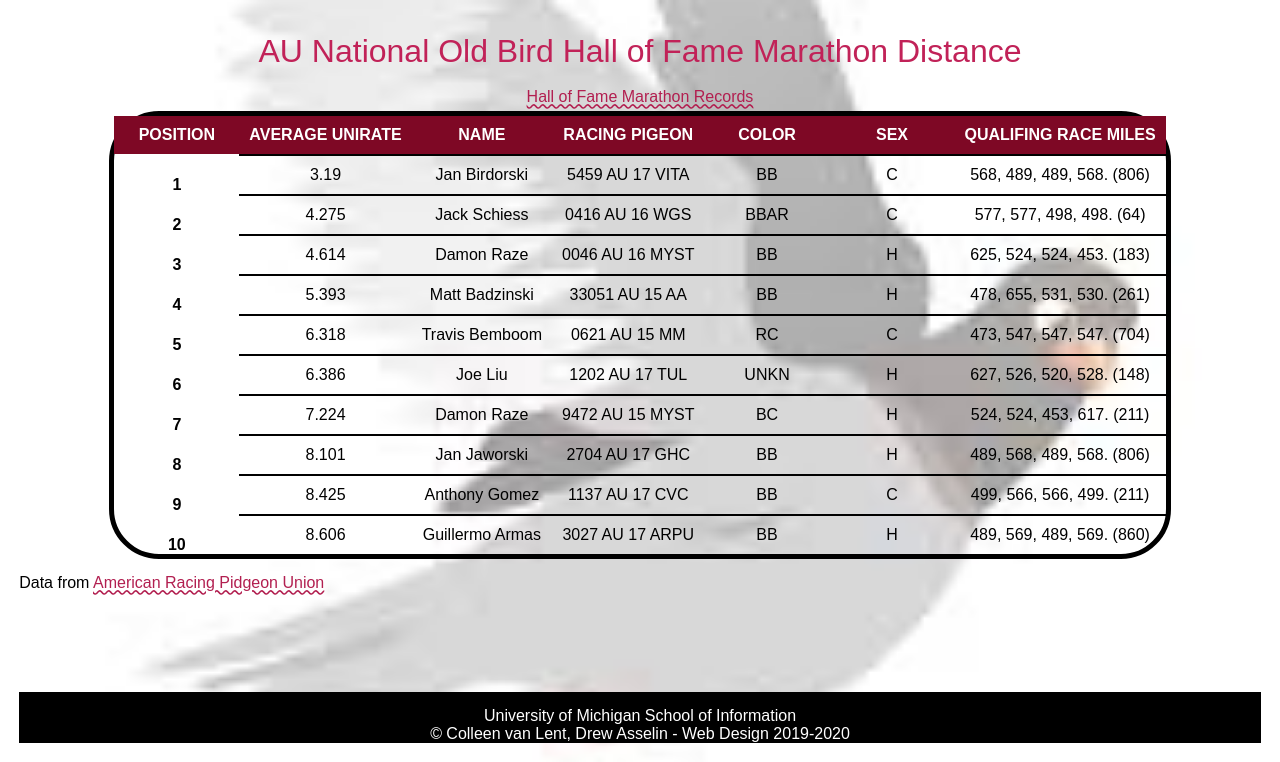
Repository: jiaqili0803/SI_539
Page: hw4-2021-main/hw4-2021-main/index.html
These files come from the project's save history. The page is drawn as it stood at one moment and after the next save; the edit follows.
The browser window is 1280 px wide. The pictures show the whole page.
Some web fonts or font styles are not loaded; a fallback is used.

Above is the page before, as saved 2021-10-02 16:17:55.

### hw4-2021-main/hw4-2021-main/index.html
<!DOCTYPE html>
<html lang="en">
  <head>
    <meta charset="UTF-8">
    <link rel="shortcut icon" type="image/png" href="images/pigeon-icon.png"/>
    <link rel="stylesheet", type="text/css" href="css/html5reset.css">
    <link rel="stylesheet", type="text/css" href="css/style.css">
    <link href='https://fonts.googleapis.com/css?family=Andika' rel='stylesheet'>

    <!-- Image by <a href="https://pixabay.com/users/chiplanay-1971251/?utm_source=link-attribution&amp;utm_medium=referral&amp;utm_campaign=image&amp;utm_content=3303111">chiplanay</a> from <a href="https://pixabay.com/?utm_source=link-attribution&amp;utm_medium=referral&amp;utm_campaign=image&amp;utm_content=3303111">Pixabay</a> -->
    <title>2021 AU National Old Bird Hall of Fame Marathon Distance</title>
  </head>
  <!-- ***************************************
  * Tips!
  *
  * Remember there are two parts of a table - thead and tbody!
  *        This will be helpful to remember when making rounded corners.
  *
  * Classes that are in-line are helpful for formatting the parts you want.
  *        But what if you want to format something programmatically? Remember Psuedoclasses!
  *
  * Setting background images in CSS can be alittle tricky. Double-check the formatting!
  *        It works a litle differently than adding images in HTML
  *
  * Remember you want the footer to always be at the very bottom of the page.
  *        Remember the different kinds of positining. You also might want to look at the margins for the main section!
  *
  * Using web fonts requires two parts - one goes in the HTML and one goes in the CSS
  *
  * You can do it! (*•̀ᴗ•́*)و
  ******************************************** -->
  <body>
    <h1>AU National Old Bird Hall of Fame Marathon Distance</h1>
    <main>
      <table>
        <caption><a href = "https://pigeon-ndb.com/results/">Hall of Fame Marathon Records</a></caption>
      <thead>
        <tr>
          <th scope="col" class="colhead">Position</th>
          <th scope="col" class="colhead">Average Unirate</th>
          <th scope="col" class="colhead">Name</th>
          <th scope="col" class="colhead">Racing Pigeon</th>
          <th scope="col" class="colhead">Color</th>
          <th scope="col" class="colhead">Sex</th>
          <th scope="col" class="colhead">Qualifing Race Miles</th>
        </tr>
      </thead>
      <tbody>
       <tr>
         <th scope="row" class="rowhead">1</th>
         <td>3.19</td>
         <td>Jan Birdorski</td>
         <td>5459 AU 17 VITA</td>
         <td>BB</td>
         <td>C</td>
         <td>568, 489, 489, 568. (806)</td>
       </tr>
       <tr>
         <th scope="row" class="rowhead">2</th>
         <td>4.275</td>
         <td>Jack Schiess</td>
         <td>0416 AU 16 WGS</td>
         <td>BBAR</td>
         <td>C</td>
         <td>577, 577, 498, 498. (64)</td>
       </tr>
       <tr>
         <th scope="row" class="rowhead">3</th>
         <td>4.614</td>
         <td>Damon Raze</td>
         <td>0046 AU 16 MYST</td>
         <td>BB</td>
         <td>H</td>
         <td>625, 524, 524, 453. (183)</td>
       </tr>
       <tr>
         <th scope="row" class="rowhead">4</th>
         <td>5.393</td>
         <td>Matt Badzinski</td>
         <td>33051 AU 15 AA</td>
         <td>BB</td>
         <td>H</td>
         <td>478, 655, 531, 530. (261)</td>
       </tr>
       <tr>
         <th scope="row" class="rowhead">5</th>
         <td>6.318</td>
         <td>Travis Bemboom</td>
         <td>0621 AU 15 MM</td>
         <td>RC</td>
         <td>C</td>
         <td>473, 547, 547, 547. (704)</td>
       </tr>
       <tr>
         <th scope="row" class="rowhead">6</th>
         <td>6.386</td>
         <td>Joe Liu</td>
         <td>1202 AU 17 TUL</td>
         <td>UNKN</td>
         <td>H</td>
         <td>627, 526, 520, 528. (148)</td>
       </tr>
       <tr>
         <th scope="row" class="rowhead">7</th>
         <td>7.224</td>
         <td>Damon Raze</td>
         <td>9472 AU 15 MYST</td>
         <td>BC</td>
         <td>H</td>
         <td>524, 524, 453, 617. (211)</td>
       </tr>
       <tr>
         <th scope="row" class="rowhead">8</th>
         <td>8.101</td>
         <td>Jan Jaworski</td>
         <td>2704 AU 17 GHC</td>
         <td>BB</td>
         <td>H</td>
         <td>489, 568, 489, 568. (806)</td>
       </tr>
       <tr>
         <th scope="row" class="rowhead">9</th>
         <td>8.425</td>
         <td>Anthony Gomez</td>
         <td>1137 AU 17 CVC</td>
         <td>BB</td>
         <td>C</td>
         <td>499, 566, 566, 499. (211)</td>
       </tr>
       <tr>
         <th scope="row" class="rowhead">10</th>
         <td>8.606</td>
         <td>Guillermo Armas</td>
         <td>3027 AU 17 ARPU</td>
         <td>BB</td>
         <td>H</td>
         <td>489, 569, 489, 569. (860)</td>
       </tr>
      </tbody>
    </table>
    <p class="datacite">Data from <a href="https://pigeon-ndb.com/results/hof">American Racing Pidgeon Union</a></p>
    </main>
    <footer>
      <p>University of Michigan School of Information <br/>
        &copy; Colleen van Lent, Drew Asselin - Web Design 2019-2020</p>
    </footer>
  </body>
</html>

### hw4-2021-main/hw4-2021-main/css/html5reset.css
/*
    HTML5 Reset :: style.css
    ----------------------------------------------------------
    We have learned much from/been inspired by/taken code where offered from:
    Eric Meyer                  :: http://meyerweb.com
    HTML5 Doctor                :: http://html5doctor.com
    and the HTML5 Boilerplate   :: http://html5boilerplate.com
-------------------------------------------------------------------------------*/

/* Let's default this puppy out
-------------------------------------------------------------------------------*/

html, body, body div, span, object, iframe, h1, h2, h3, h4, h5, h6, p, blockquote, pre, abbr, address, cite, code, del, dfn, em, img, ins, kbd, q, samp, small, strong, sub, sup, var, b, i, dl, dt, dd, ol, ul, li, fieldset, form, label, legend, table, caption, tbody, tfoot, thead, tr, th, td, article, aside, figure, footer, header, menu, nav, section, time, mark, audio, video, details, summary {
    margin: 0;
    padding: 0;
    border: 0;
    font-size: 100%;
    font-weight: normal;
    vertical-align: baseline;
    background: transparent;
}

main, article, aside, figure, footer, header, nav, section, details, summary {display: block;}

/* Handle box-sizing while better addressing child elements:
   http://css-tricks.com/inheriting-box-sizing-probably-slightly-better-best-practice/ */
html {
    box-sizing: border-box;
}

*,
*:before,
*:after {
    box-sizing: inherit;
}

/* consider resetting the default cursor: https://gist.github.com/murtaugh/5247154 */

/* Responsive images and other embedded objects */
/* if you don't have full control over `img` tags (if you have to overcome attributes), consider adding height: auto */
img,
object,
embed {max-width: 100%;}

/*
   Note: keeping IMG here will cause problems if you're using foreground images as sprites.
    In fact, it *will* cause problems with Google Maps' controls at small size.
    If this is the case for you, try uncommenting the following:
#map img {
        max-width: none;
}
*/

/* force a vertical scrollbar to prevent a jumpy page */
html {overflow-y: scroll;}

/* we use a lot of ULs that aren't bulleted.
    you'll have to restore the bullets within content,
    which is fine because they're probably customized anyway */
ul {list-style: none;}

blockquote, q {quotes: none;}

blockquote:before,
blockquote:after,
q:before,
q:after {content: ''; content: none;}

a {margin: 0; padding: 0; font-size: 100%; vertical-align: baseline; background: transparent;}

del {text-decoration: line-through;}

abbr[title], dfn[title] {border-bottom: 1px dotted #000; cursor: help;}

/* tables still need cellspacing="0" in the markup */
table {border-collapse: separate; border-spacing: 0;}
th {font-weight: bold; vertical-align: bottom;}
td {font-weight: normal; vertical-align: top;}

hr {display: block; height: 1px; border: 0; border-top: 1px solid #ccc; margin: 1em 0; padding: 0;}

input, select {vertical-align: middle;}

pre {
    white-space: pre; /* CSS2 */
    white-space: pre-wrap; /* CSS 2.1 */
    white-space: pre-line; /* CSS 3 (and 2.1 as well, actually) */
    word-wrap: break-word; /* IE */
}

input[type="radio"] {vertical-align: text-bottom;}
input[type="checkbox"] {vertical-align: bottom;}
.ie7 input[type="checkbox"] {vertical-align: baseline;}
.ie6 input {vertical-align: text-bottom;}

select, input, textarea {font: 99% sans-serif;}

table {font-size: inherit; font: 100%;}

small {font-size: 85%;}

strong {font-weight: bold;}

td, td img {vertical-align: top;}

/* Make sure sup and sub don't mess with your line-heights http://gist.github.com/413930 */
sub, sup {font-size: 75%; line-height: 0; position: relative;}
sup {top: -0.5em;}
sub {bottom: -0.25em;}

/* standardize any monospaced elements */
pre, code, kbd, samp {font-family: monospace, sans-serif;}

/* hand cursor on clickable elements */
.clickable,
label,
input[type=button],
input[type=submit],
input[type=file],
button {cursor: pointer;}

/* Webkit browsers add a 2px margin outside the chrome of form elements */
button, input, select, textarea {margin: 0;}

/* make buttons play nice in IE */
button,
input[type=button] {width: auto; overflow: visible;}

/* scale images in IE7 more attractively */
.ie7 img {-ms-interpolation-mode: bicubic;}

/* prevent BG image flicker upon hover
   (commented out as usage is rare, and the filter syntax messes with some pre-processors)
.ie6 html {filter: expression(document.execCommand("BackgroundImageCache", false, true));}
*/

/* let's clear some floats */
.clearfix:after { content: " "; display: block; clear: both; }

### hw4-2021-main/hw4-2021-main/css/style.css
/*STARTER CODE*/

/*
We have started some of the selectors for you.
For others we have provided hints on what the selectors should be.
There are some missing selectors.
Make sure to learn what the starter code does!!
*/

/*STARTER CODE - DO NOT CHANGE*/
main{
  margin-bottom: 100px;
}

caption{
  margin:5px 0px;
}

/* If you decide to uncomment this code, comment it back for the Autograder. */
/* tr{
  -webkit-transition: background-color 0.5s ease;
  transition: background-color 0.5s ease;
} */

/*END STARTER CODE*/

body{
  color: #000000;
  font-size: 16px;
  margin: 1.2em;
  background-size: cover ;
  background-position: center;
  font-family: "Andika", Sans-Serif;
  background-image: url("../images/pigeon-background.JPEG");
  background-color: #DDDDDD;

  /*Req 1*/
}

h1{
  color: #c12258;
  font-size: 32px;
  text-align:center;
  line-height: 2 ;

  /*Req 2*/
}

p{
  padding-top: 15px;

}

a{
  font-size: 16px;
  color: #B21F50;
  text-decoration-style: wavy;

}

/*Req 5*/
/*Add selector and rule here*/
input:focus {
  border-width: 3px;
  border-color: #417243;
  border-style: dashed;
}


td{
  text-align:center;
  border-top: 2px solid #000000;
  padding: 10px

}


.colhead{
  color: #FFFFFF;
  min-width: 125px;
  padding: 10px;
  text-align: center;
  vertical-align: middle;
  background-color: #7e0825;
  text-transform: uppercase;


}

.rowhead{

}


table{
    border: 5px solid #000000;
    margin-left: auto;
    margin-right: auto;
    border-radius: 50px;
}

/* I gave you the selector, but not the property-value pair.
You can use Inspect Element or your editor to find selectors. */
thead tr:first-child th:first-child{}

/*Add selectors and rules here*/



footer{
  width:100%;
  background:#000000;
  text-align:center;
  color: #FFFFFF;
}

After the next save:
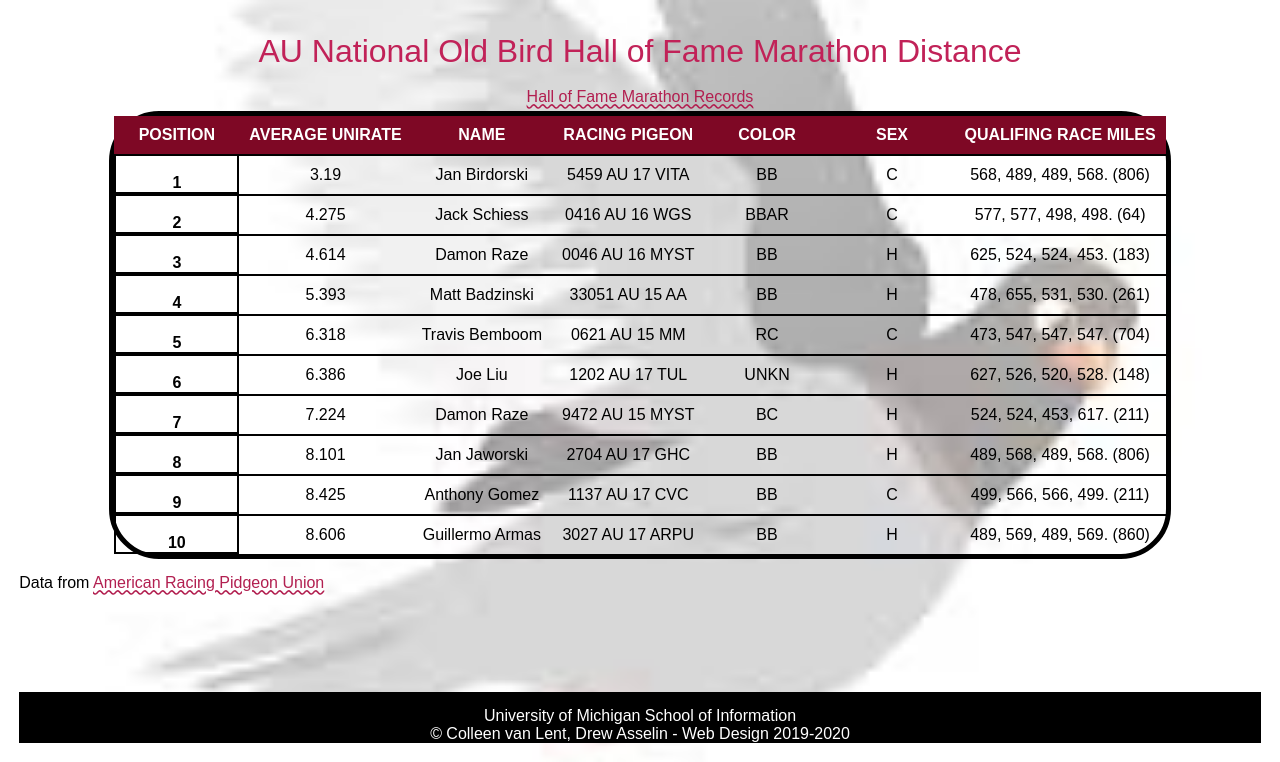
Saved 45 s later.
--- a/hw4-2021-main/hw4-2021-main/css/style.css
+++ b/hw4-2021-main/hw4-2021-main/css/style.css
@@ -88,6 +88,7 @@ td{
 }
 
 .rowhead{
+  border: 2px solid #000000;
 
 }
 
